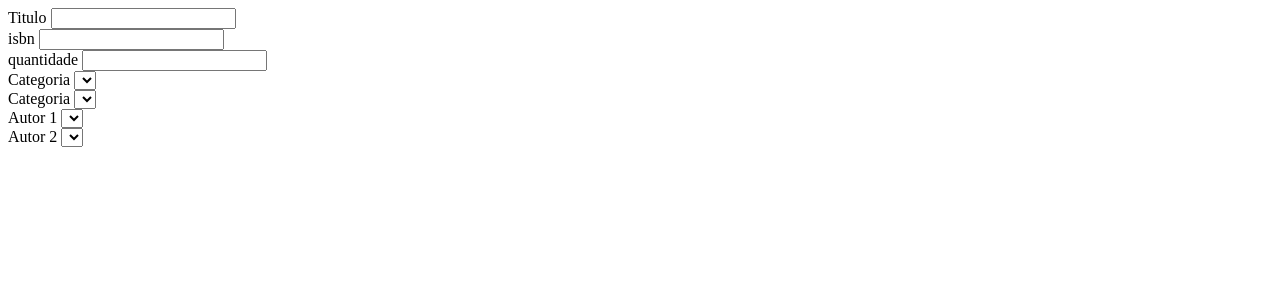
Repository: the-felipe/interfaceApiLivraria
Page: adicionar.html
The author's editor kept a copy of each file at every save. The page is drawn from the files as they stood at one save, then again after a run of saves.
The browser window is 1280 px wide. The pictures show the whole page.

Above is the page before, as saved 2023-07-20 21:40:54.
Console error: TypeError: Cannot read properties of null (reading 'access')

After the next 2 saves:
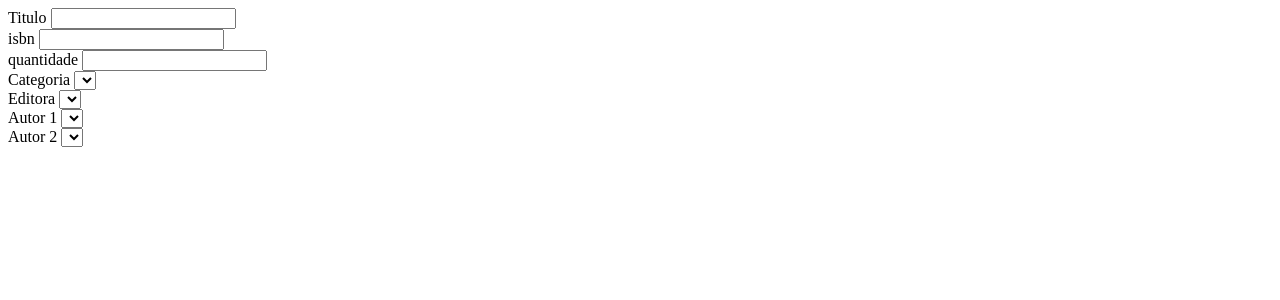
The 2 saves are shown as one change because they came seconds apart.
The last was saved 6 s later.
--- a/adicionar.html
+++ b/adicionar.html
@@ -22,8 +22,8 @@
         <label for="categoria">Categoria</label>
         <select name="categoria" id="categoria"></select>
         <br>
-        <label for="categoria">Categoria</label>
-        <select name="categoria" id="categoria"></select>
+        <label for="editora">Editora</label>
+        <select name="editora" id="editora"></select>
         <br>
         <label for="autor1">Autor 1</label>
         <select name="autor1" id="autor1"></select>
